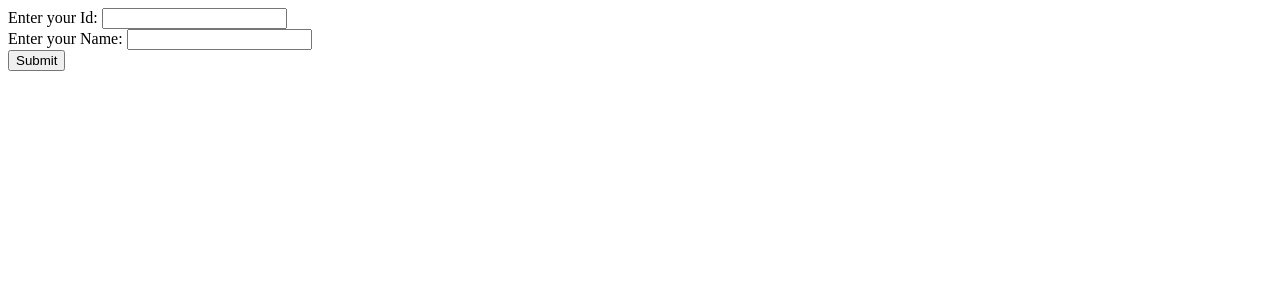
Repository: tumsare400/Adv-Java-Workspace
Page: http://localhost/bank-mvc/
These files come from the project's save history. The page is drawn as it stood at one moment and after the next save; the edit follows.
The browser window is 1280 px wide. The pictures show the whole page.
The page is served by Tomcat 9.

Above is the page before, as saved 2019-04-13 06:19:42.

After the next save:
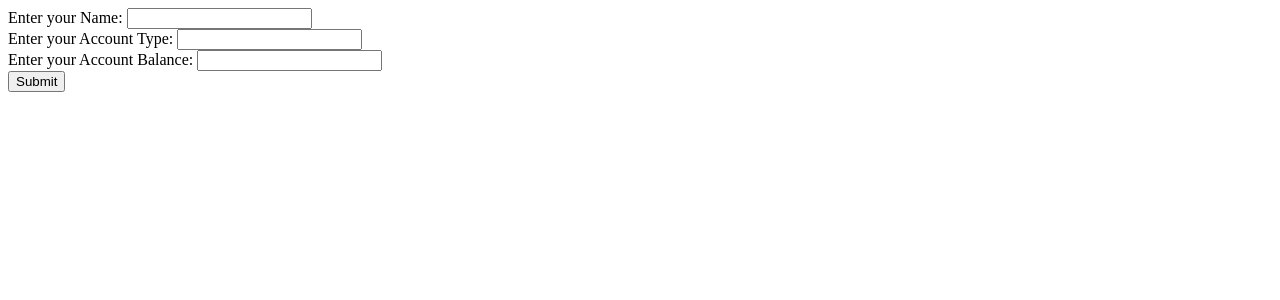
Saved 2 min 59 s later.
--- a/SpringMVC/bank-mvc/WebContent/index.jsp
+++ b/SpringMVC/bank-mvc/WebContent/index.jsp
@@ -8,8 +8,9 @@
 </head>
 <body>
 	<form action="/PersonSpringMVC/app/person/new" method="post">
-		Enter your Id: <input type="number" name="personId"> <br />
-		Enter your Name: <input type="text" name="personName"> <br />
+		Enter your Name: <input type="text" name="accountHolderName"> <br />
+		Enter your Account Type: <input type="text" name="accountType"> <br />
+			Enter your Account Balance: <input type="number" name="accountBalance"> <br />
 		<input type="submit" valur="Save"/>
 	</form>
 </body>
